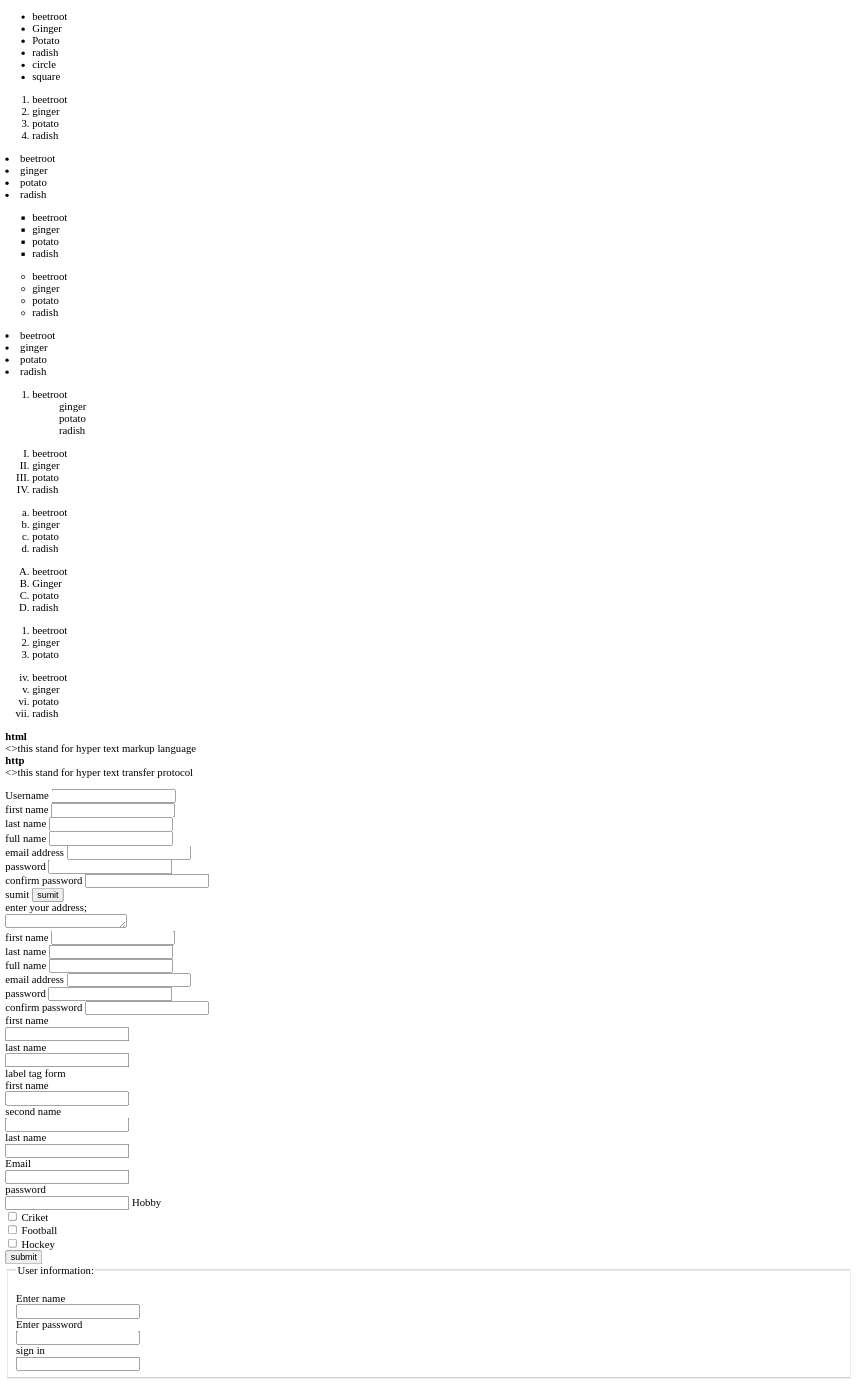
Repository: Achuut/first-code-lessons
Page: Achut.HTML
An editor plug-in stored every save of this project. The page is shown before and after the next save, followed by the edit.
The browser window is 1280 px wide. The pictures show the whole page, at 67% of full size.

Above is the page before, as saved 2023-03-10 11:37:49.

### Achut.HTML
<!DOCTYPE html>
<html lang="en">
<head>
    <meta charset="UTF-8">
    <meta http-equiv="X-UA-Compatible" content="IE=edge">
    <meta name="viewport" content="width=device-width, initial-scale=1.0">
    <title>Document</title>
    <link rel="stylesheet" href="/Mijak.CSS">

</head>
<body>
    <ul>
        <li>beetroot</li>
        <li>Ginger</li>
        <li>Potato</li>
        <li>radish</li>
        <li>circle</li>
        <li>square</li>
    </ul>
    <ol>
        <li>beetroot</li>
        <li>ginger</li>
        <li>potato</li>
        <li>radish</li>
    </ol>
     <dl>
        <li>beetroot</li>
        <li>ginger</li>
        <li>potato</li>
        <li>radish</li>
     </dl>
     <ul type ="square">
        <li>beetroot</li>
        <li>ginger</li>
        <li>potato</li>
        <li>radish</li>
     </ul>
     <ul type ="circle">
        <li>beetroot</li>
        <li>ginger</li>
        <li>potato</li>
        <li>radish</li>
    </ul type = "disc">
      <li>beetroot</li>
      <li>ginger</li>
      <li>potato</li>
      <li>radish</li>
      <ol types = "i">
        <li>beetroot</li>
        <ol>ginger</ol>
        <ol>potato</ol>
        <ol>radish</ol>
      </ol>
      <ol type = "I">
        <li>beetroot</li>
        <li>ginger</li>
        <li>potato</li>
        <li>radish</li>
      </ol>
      <ol type = "a">
        <li>beetroot</li>
        <li>ginger</li>
        <li>potato</li>
        <li>radish</li>
      </ol>
      <ol type = "A">
        <li>beetroot</li>
        <LI>Ginger</LI>
        <LI>potato</LI>
        <li>radish</li>
      </ol>
      <ol>
        <li>beetroot</li>
        <li>ginger</li>
        <li>potato</li>
      </ol>
      <ol type = "i" start = "4">
        <li>beetroot</li>
        <li>ginger</li>
        <li>potato</li>
        <li>radish</li>
      </ol>
      <dl>
        <dt>
          <b>html</b></dt>
          <>this stand for hyper text markup language</>
          <dt><b>http</b></dt>
          <>this stand for hyper text transfer protocol</>
      </dl>
      <Form>
        Username <input type="text" name="username"><br>
        first name <input type="text" name="firstname"><br>
        last name <input type="text" name="lastname"><br>
        full name <input type="text" name="fullname"><br>
        email address <input type="email" name="email"><br>
        password <input type="password" name="password"><br>
        confirm password <input type="text" name="confirm password"><br>
        sumit <button>sumit</button><br>
      </Form>

      <form>
      enter your address;<br>
      <textarea name="2" id="" cols="20" rows="1"></textarea><br>
      first name <input type="text" name="firstname"><br>
      last name <input type="text" name="lastname"><br>
      full name <input type="text" name="fullname"><br>
      email address <input type="text" name="email"><br>
      password <input type="text" name="password"><br>
      confirm password <input type="text" name="confirm password"><br>
      </form>
</body> <!DOCTYPE html>
<html lang="en">
<head>
  <meta charset="UTF-8">
  <meta http-equiv="X-UA-Compatible" content="IE=edge">
  <meta name="viewport" content="width=device-width, initial-scale=1.0">
  <title>Document</title>
</head>
<body>
  <form action="">
    <label for="first name"> first name</label><br>
    <input type="text" id="first name" name="firstname"><br>
    <label for="last name">last name</label><br>
    <input type="text" id="last name"><br>
  </form>
  <form action=""> label tag form <br>
    <label for="first name"> first name</label><br>
    <input type="text" id="first name" name="first name"><br>
    <label for="second name"> second name <br>
    <input type="text" id="second name" name="second name"><br>
    <label for="last name"> last name</label><br>
    <input type="text" id="last name" name="second name"><br>
    <label for="Email"> Email</label><br>
    <input type="text" id="email" name="email"><br>
    <label for="password"> password</label><br>
    <input type="text" id="password" name="password">
    Hobby <br>
    <input type="checkbox" id="Criket" name="Criket" value="Criket">
    <label for="Criket"> Criket</label><br>
    <input type="checkbox" id="football" name="football" value="football">
    <label for="Football"> Football</label><br>
    <input type="checkbox" id="hockey" name="hockey" value="hockey">
    <label for="Hockey"> Hockey</label><br>
    <input type="submit" name="submit" value="submit">
  </form>
  <Fieldset>
    <legend>User information:</legend><br>
    <label for="name">Enter name</label><br>
    <input type="text" id="name" name="name"><br>
    <label for="password"> Enter password</label><br>
    <input type="password" id="password" name="password"><br>
    <label for="sign in"> sign in</label><br>
    <input type="text" id="sign in" name="sign in"><br>
    </label>
  </Fieldset>
</body>
</html>

Loaded but not shown: Mijak.CSS (no stored copy; drawn as an empty file)

After the next save:
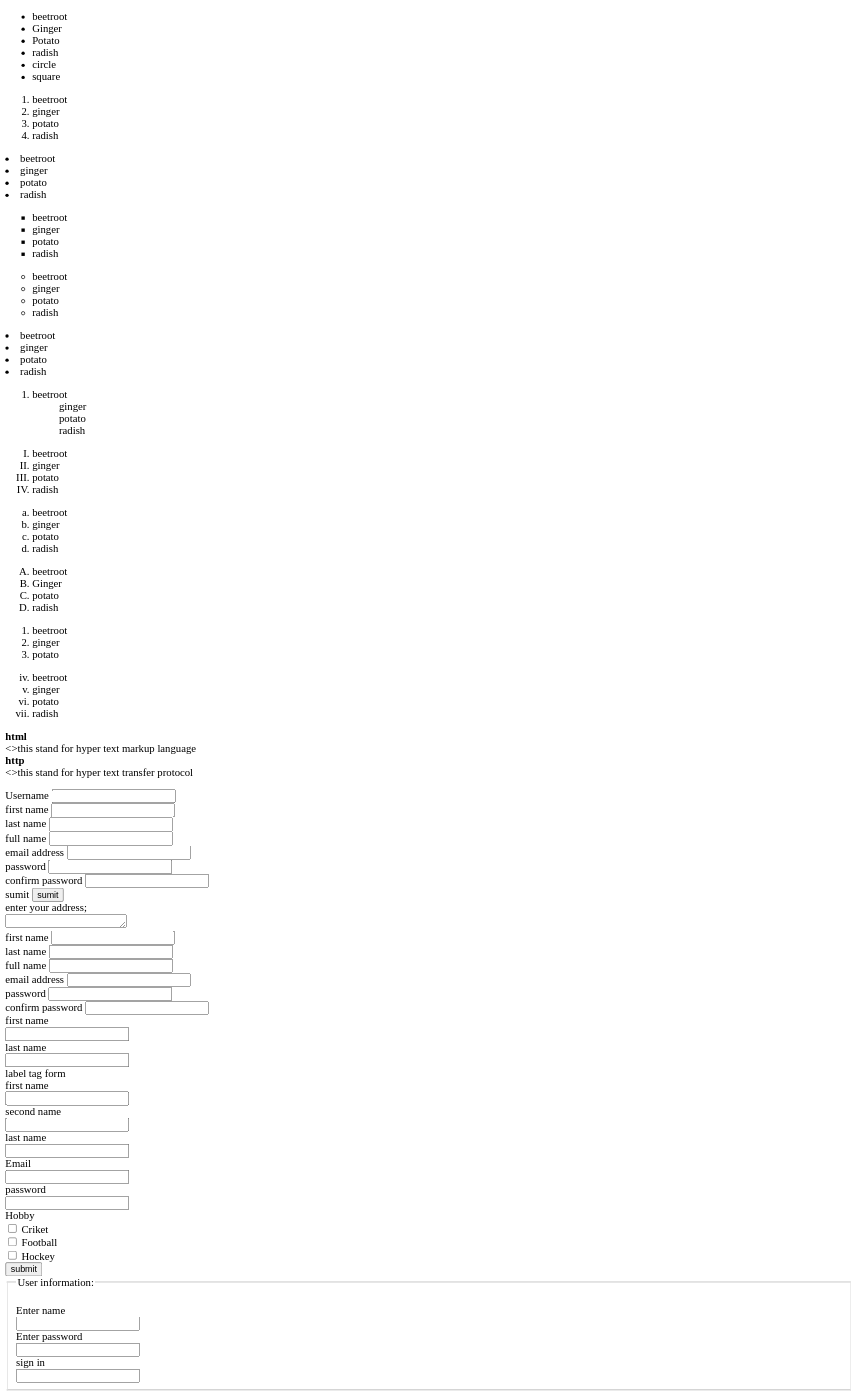
Saved 6 s later.
--- a/Achut.HTML
+++ b/Achut.HTML
@@ -133,7 +133,7 @@
     <label for="Email"> Email</label><br>
     <input type="text" id="email" name="email"><br>
     <label for="password"> password</label><br>
-    <input type="text" id="password" name="password">
+    <input type="text" id="password" name="password"><br>
     Hobby <br>
     <input type="checkbox" id="Criket" name="Criket" value="Criket">
     <label for="Criket"> Criket</label><br>
